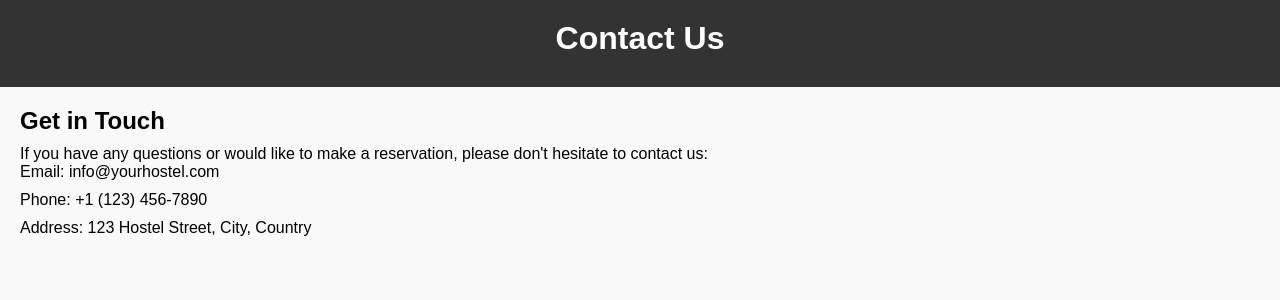
Repository: sivaprasadpk/adavpro
Page: LoginProjecct/src/main/webapp/ContactUs.html
An editor plug-in stored every save of this project. The page is shown before and after the next save, followed by the edit.
The browser window is 1280 px wide. The pictures show the whole page.

Above is the page before, as saved 2024-03-14 15:17:27.

After the next save:
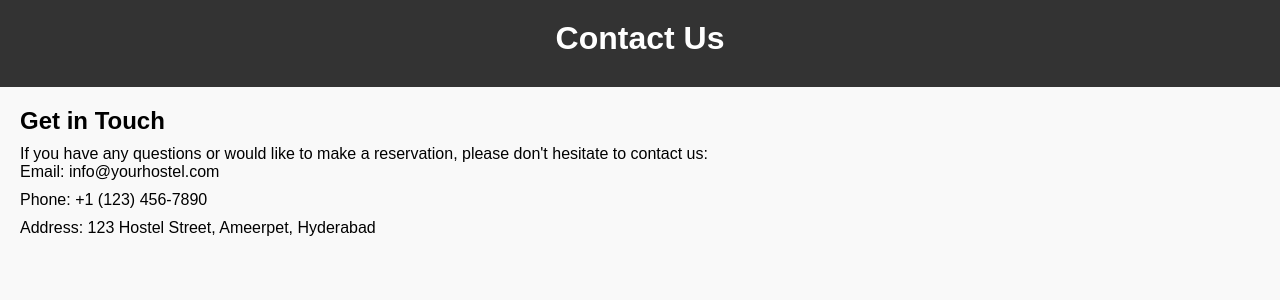
Saved 23 s later.
--- a/LoginProjecct/src/main/webapp/ContactUs.html
+++ b/LoginProjecct/src/main/webapp/ContactUs.html
@@ -78,7 +78,7 @@ a:hover {
             <ul>
                 <li>Email: info@yourhostel.com</li>
                 <li>Phone: +1 (123) 456-7890</li>
-                <li>Address: 123 Hostel Street, City, Country</li>
+                <li>Address: 123 Hostel Street, Ameerpet, Hyderabad</li>
             </ul>
             <!-- Add any additional contact information or forms here -->
         </section>
